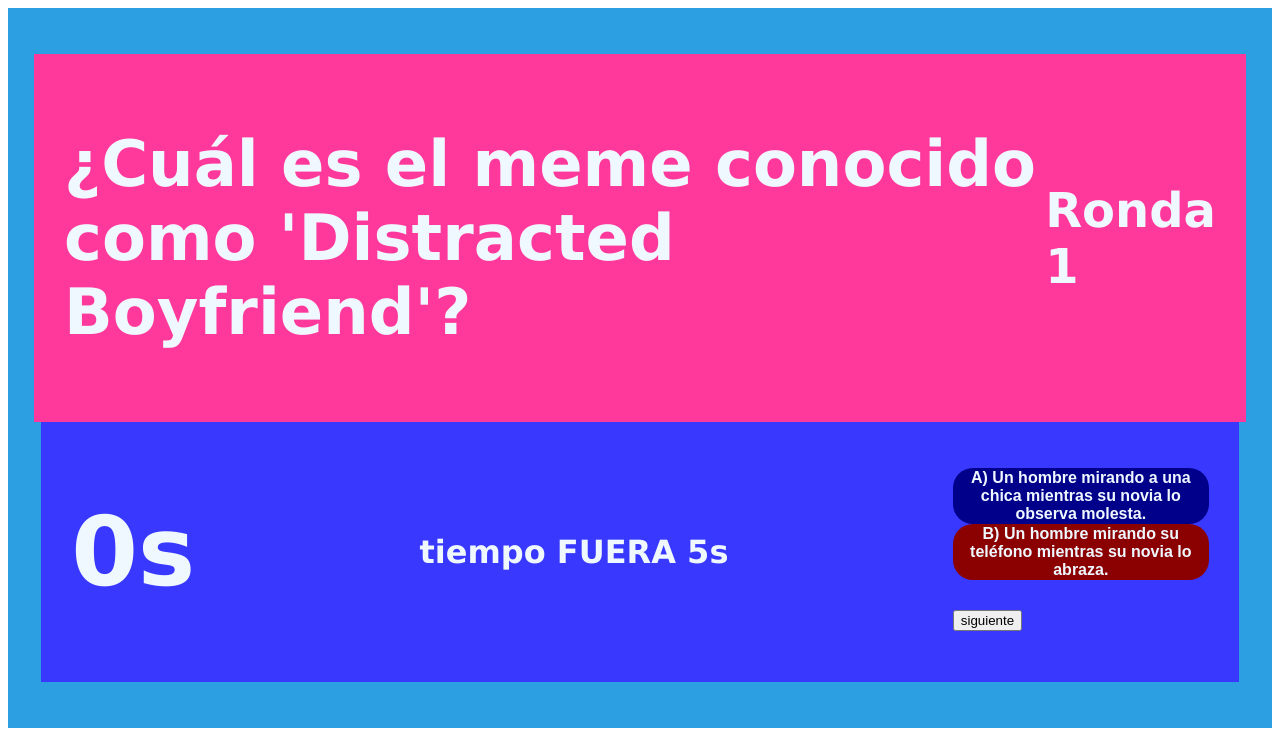
Repository: eschala/Proyecto_Clonaci-n_Kahoot_2023-2
Page: Borrador_Samir_Kahoot_NEW/Prueaba_Validar.html
These files come from the project's save history. The page is drawn as it stood at one moment and after the next save; the edit follows.
The browser window is 1280 px wide. The pictures show the whole page.

Above is the page before, as saved 2023-11-29 15:30:25.

After the next save:
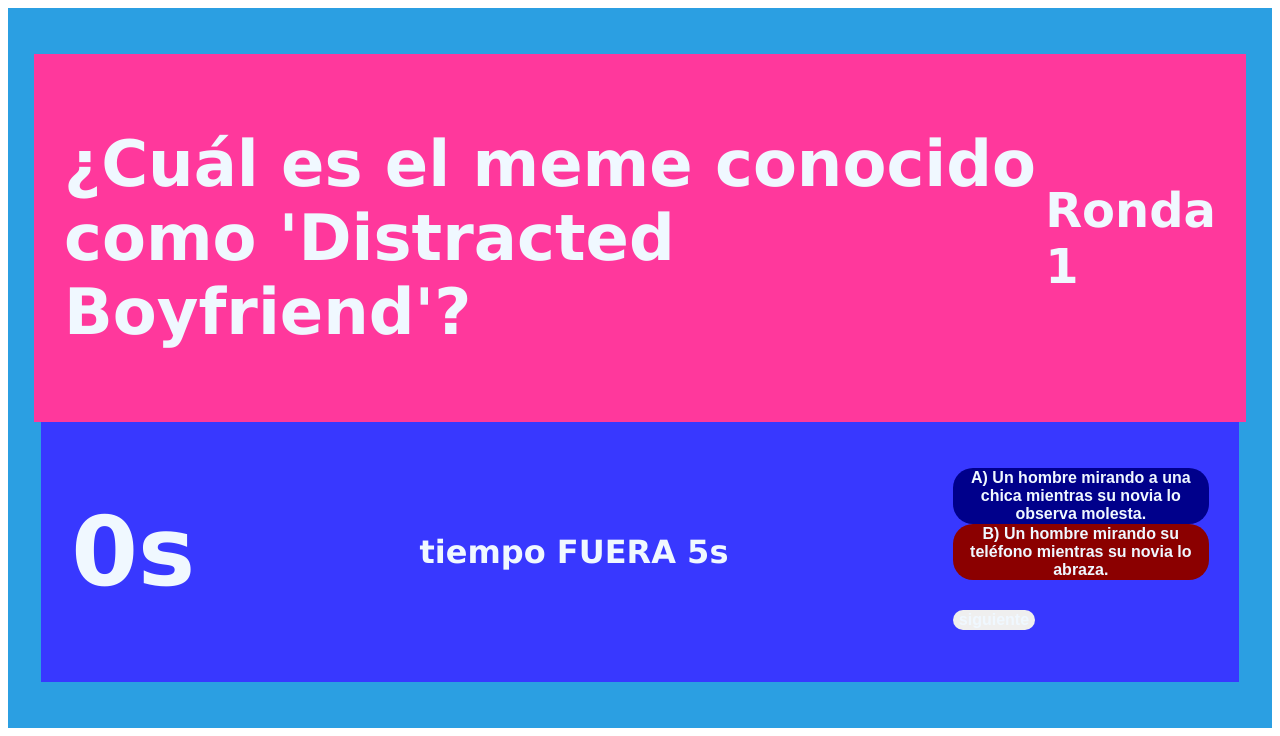
Saved 7 s later.
--- a/Borrador_Samir_Kahoot_NEW/Prueaba_Validar.html
+++ b/Borrador_Samir_Kahoot_NEW/Prueaba_Validar.html
@@ -27,7 +27,7 @@
             <div class="section_Buttons">
                 <div class="btn_content"><button type="button" class="btn_1 botones">opcion A</button></div>
                 <div class="btn_content"><button type="button" class="btn_2 botones">opcion B</button></div>
-                    <button type="button" botones>siguiente</button>
+                    <button type="button" class="botones">siguiente</button>
 
 
         </div>
